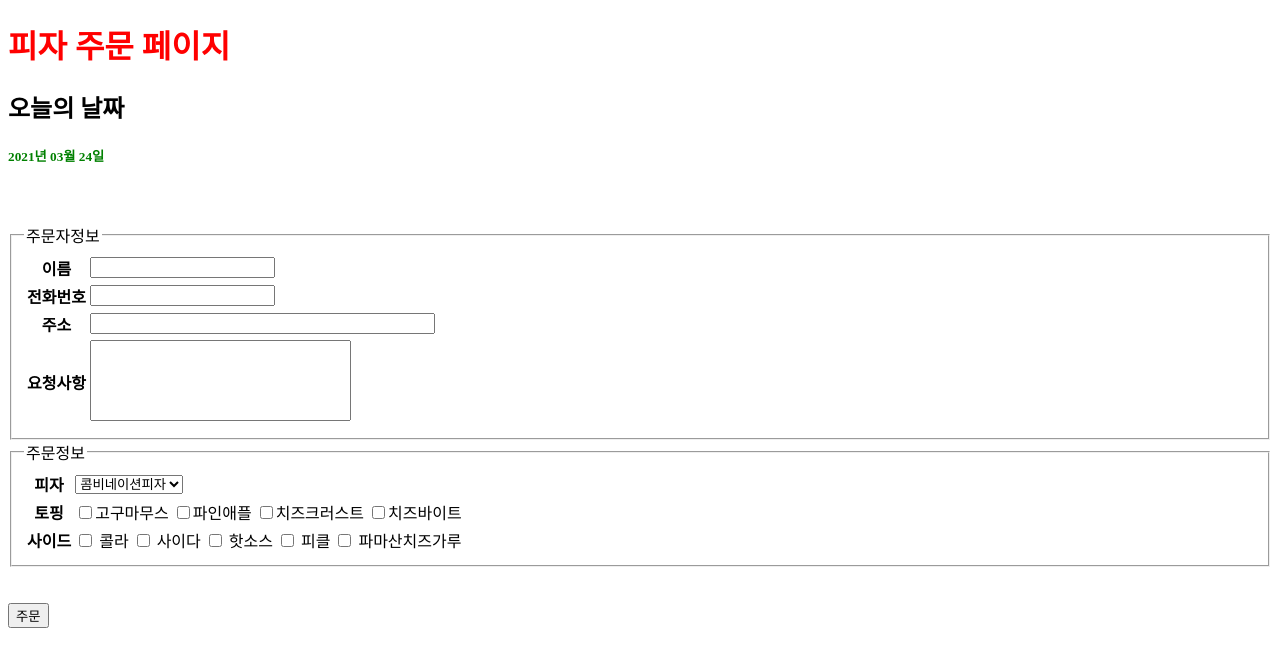
Repository: hyeye1/kh_webserverWorkspace
Page: http://localhost/2_JSP/views/04_pizzaOrderForm.jsp
These files come from the project's save history. The page is drawn as it stood at one moment and after the next save; the edit follows.
The browser window is 1280 px wide. The pictures show the whole page.
The page is served by Tomcat 9. Other server files are loaded and not shown.

Above is the page before, as saved 2021-03-26 05:13:13.

### 2_JSP/WebContent/views/04_pizzaOrderForm.jsp
<%@ page language="java" contentType="text/html; charset=UTF-8"
    pageEncoding="UTF-8"%>
<!DOCTYPE html>
<html>
<head>
<meta charset="UTF-8">
<title>Insert title here</title>
</head>
<body>
	<h1>피자 주문 페이지</h1>
	<h2>오늘의 날짜</h2>
	<%@ include file="includedPage.jsp" %>

	<br><br>

	<!-- localhost:8888/JSP/confirmPizza.do -->
	<form action="JSP/confirmPizza.do">

		<fieldset>
			<legend>주문자정보</legend>

			<table>
				<tr>
					<th>이름</th>
					<td><input type="text" name="userName" required></td>
				</tr>
				<tr>
					<th>전화번호</th>
					<td><input type="text" name="phone" required></td>
				</tr>
				<tr>
					<th>주소</th>
					<td><input type="text" name="address" size="40" required></td>
				</tr>
				<tr>
					<th>요청사항</th>
					<td><textarea name="message" cols="30" rows="5" style="resize:none"></textarea></td>
				</tr>
			</table>
		</fieldset>

		<fieldset>
			<legend>주문정보</legend>
			<table>
				<tr>
					<th>피자</th>
					<td>
						<select name="pizza">
							<option >콤비네이션피자</option>
							<option >치즈피자</option>
							<option >포테이토피자</option>
							<option >고구마피자</option>
						</select>
					</td>
				</tr>
				<tr>
					<th>토핑</th>
					<td>
						<input type="checkbox" name="topping" value="고구마무스">고구마무스
						<input type="checkbox" name="topping" value="파인애플">파인애플
						<input type="checkbox" name="topping" value="치즈크러스트">치즈크러스트
						<input type="checkbox" name="topping" value="치즈바이트">치즈바이트
					</td>
				</tr>
				<tr>
					<th>사이드</th>
					<td>
						<input type="checkbox" name="side" value="콜라"> 콜라
						<input type="checkbox" name="side" value="사이다"> 사이다
						<input type="checkbox" name="side" value="핫소스"> 핫소스
						<input type="checkbox" name="side" value="피클"> 피클
						<input type="checkbox" name="side" value="파마산치즈가루"> 파마산치즈가루
					</td>
				</tr>
			</table>
		</fieldset>

		<br><br>
		<button type="submit">주문</button>



	</form>
</body>
</html>

### 2_JSP/WebContent/views/includedPage.jsp
<%@ page language="java" contentType="text/html; charset=UTF-8"
    pageEncoding="UTF-8"%>
<%@ page import="java.util.Date, java.text.SimpleDateFormat" %>
<!DOCTYPE html>
<html>
<head>
<meta charset="UTF-8">
<title>Insert title here</title>
<style>
	h5{color:green}
	h1{color:red}
</style>
</head>
<body>

	<%
		Date now = new Date();

		SimpleDateFormat sdf = new SimpleDateFormat("yyyy년 MM월 dd일");
		String today = sdf.format(now); // "2021년 03월 26일"
	%>

	<h5><%= today %></h5>

	<% String message = "메롱"; %>

</body>
</html>

After the next save:
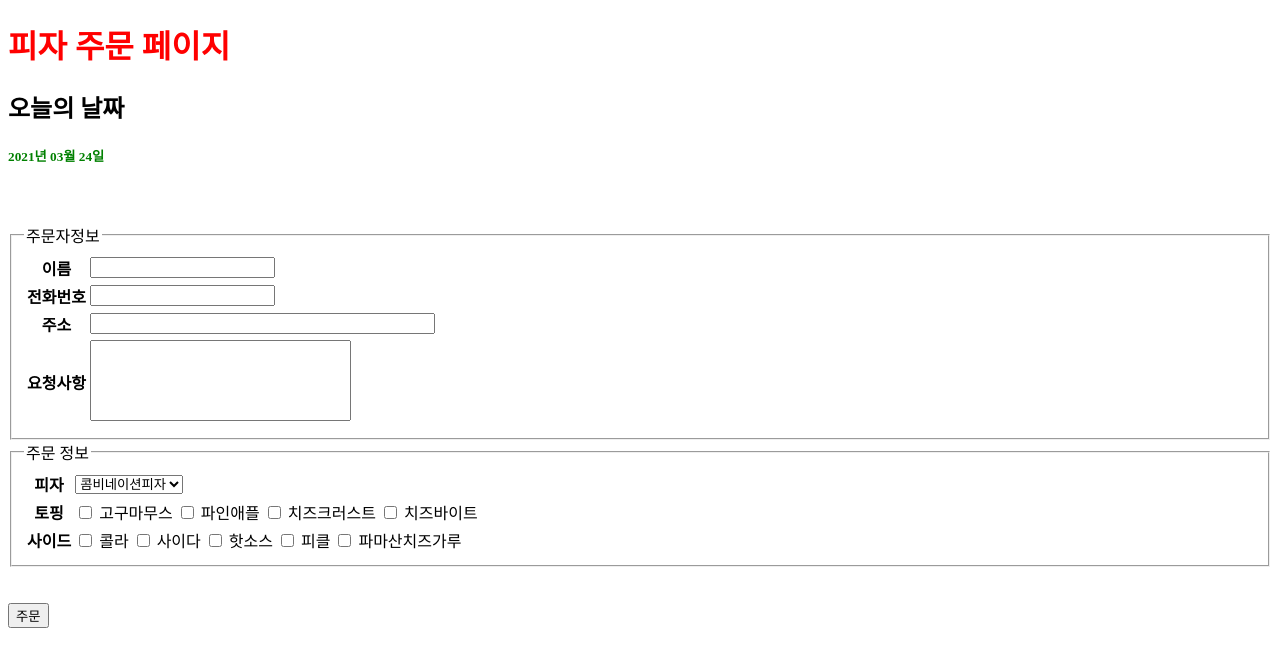
Saved 105 s later.
--- a/2_JSP/WebContent/views/04_pizzaOrderForm.jsp
+++ b/2_JSP/WebContent/views/04_pizzaOrderForm.jsp
@@ -14,11 +14,10 @@
 	<br><br>
 
 	<!-- localhost:8888/JSP/confirmPizza.do -->
-	<form action="JSP/confirmPizza.do">
+	<form action="/JSP/confirmPizza.do">
 
 		<fieldset>
 			<legend>주문자정보</legend>
-
 			<table>
 				<tr>
 					<th>이름</th>
@@ -40,26 +39,26 @@
 		</fieldset>
 
 		<fieldset>
-			<legend>주문정보</legend>
+			<legend>주문 정보</legend>
 			<table>
 				<tr>
 					<th>피자</th>
 					<td>
 						<select name="pizza">
-							<option >콤비네이션피자</option>
-							<option >치즈피자</option>
-							<option >포테이토피자</option>
-							<option >고구마피자</option>
+							<option>콤비네이션피자</option>
+							<option>치즈피자</option>
+							<option>포테이토피자</option>
+							<option>고구마피자</option>
 						</select>
 					</td>
 				</tr>
 				<tr>
 					<th>토핑</th>
 					<td>
-						<input type="checkbox" name="topping" value="고구마무스">고구마무스
-						<input type="checkbox" name="topping" value="파인애플">파인애플
-						<input type="checkbox" name="topping" value="치즈크러스트">치즈크러스트
-						<input type="checkbox" name="topping" value="치즈바이트">치즈바이트
+						<input type="checkbox" name="topping" value="고구마무스"> 고구마무스
+						<input type="checkbox" name="topping" value="파인애플"> 파인애플
+						<input type="checkbox" name="topping" value="치즈크러스트"> 치즈크러스트
+						<input type="checkbox" name="topping" value="치즈바이트"> 치즈바이트
 					</td>
 				</tr>
 				<tr>
@@ -78,8 +77,9 @@
 		<br><br>
 		<button type="submit">주문</button>
 
+	</form>
 
 
-	</form>
+
 </body>
 </html>
